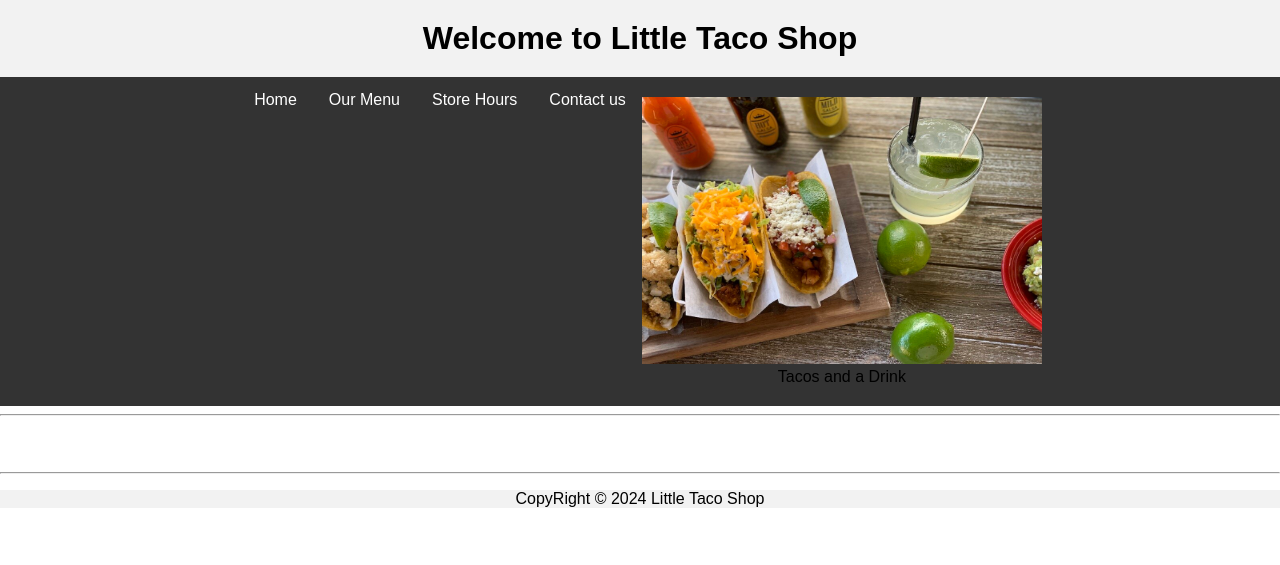
Repository: cavidk/taco_shop-web
Page: html basics/contact.html
The author's editor kept a copy of each file at every save. The page is drawn from the files as they stood at one save, then again after the next save.
The browser window is 1280 px wide. The pictures show the whole page.

Above is the page before, as saved 2024-06-11 12:57:31.

After the next save:
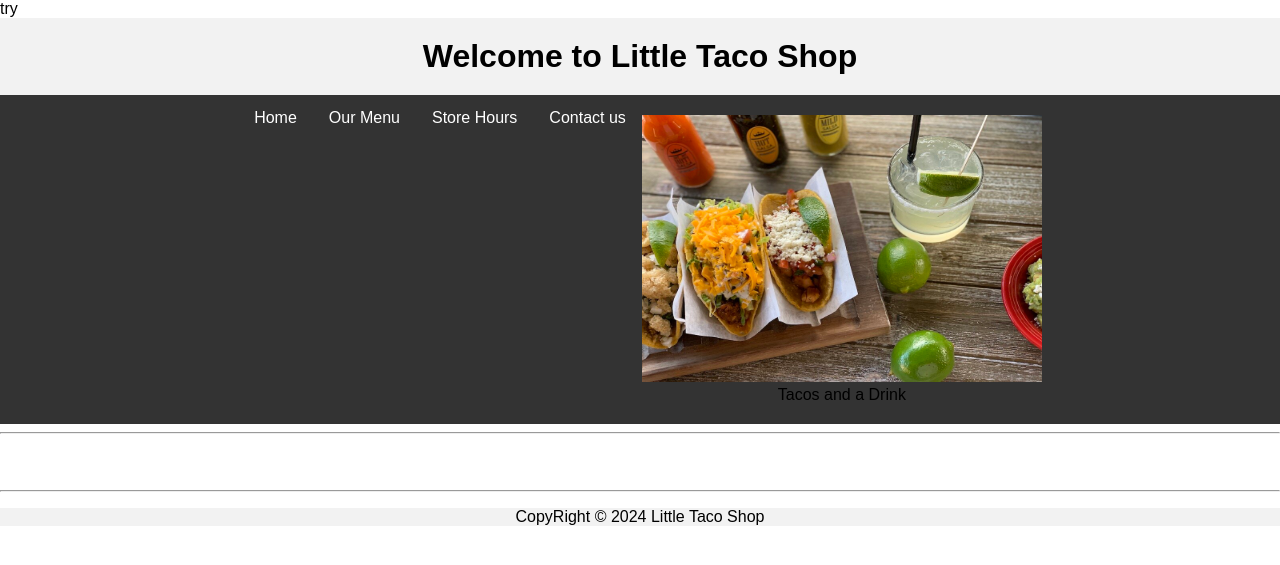
Saved 8 min 2 s later.
--- a/html basics/contact.html
+++ b/html basics/contact.html
@@ -7,8 +7,7 @@
    <meta name="description" content="The official website for Little Taco Shop">
    <title>Document</title>
    <title>The Little Taco Shop</title>
-   <link rel="icon" href="icons8-star-100.png" type="image">
-   <link rel="stylesheet" href="css/style.css">
+try   <link rel="stylesheet" href="css/style.css">
 </head>
 
 <body>

After the save that followed:
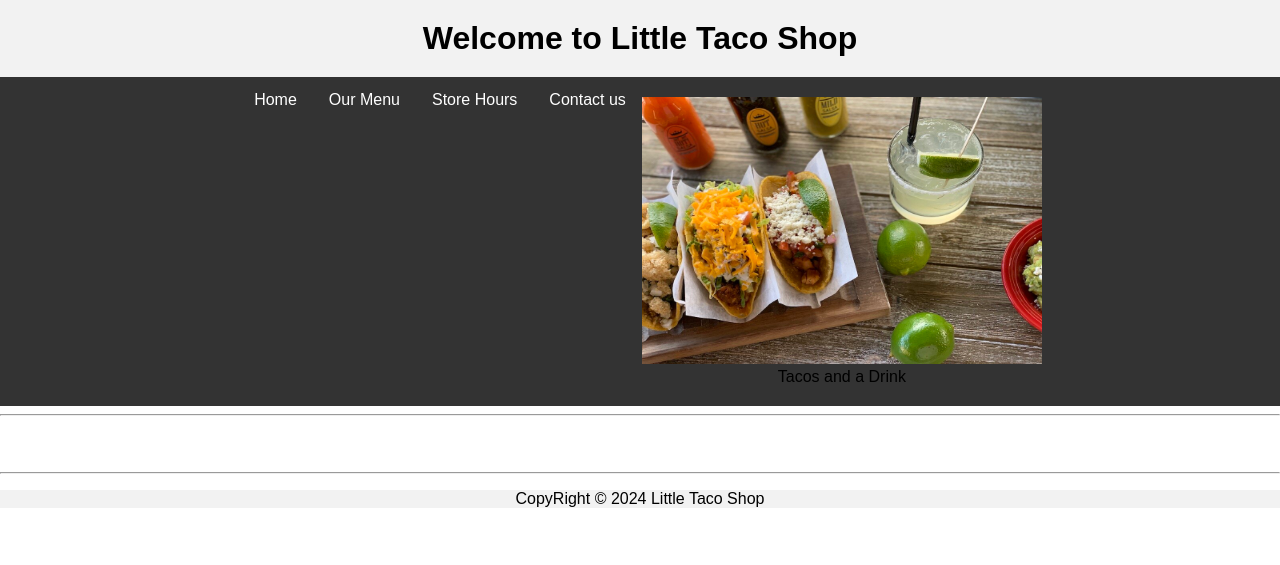
Saved 9 min 16 s later.
--- a/html basics/contact.html
+++ b/html basics/contact.html
@@ -7,7 +7,7 @@
    <meta name="description" content="The official website for Little Taco Shop">
    <title>Document</title>
    <title>The Little Taco Shop</title>
-try   <link rel="stylesheet" href="css/style.css">
+   <link rel="stylesheet" href="css/style.css">
 </head>
 
 <body>
